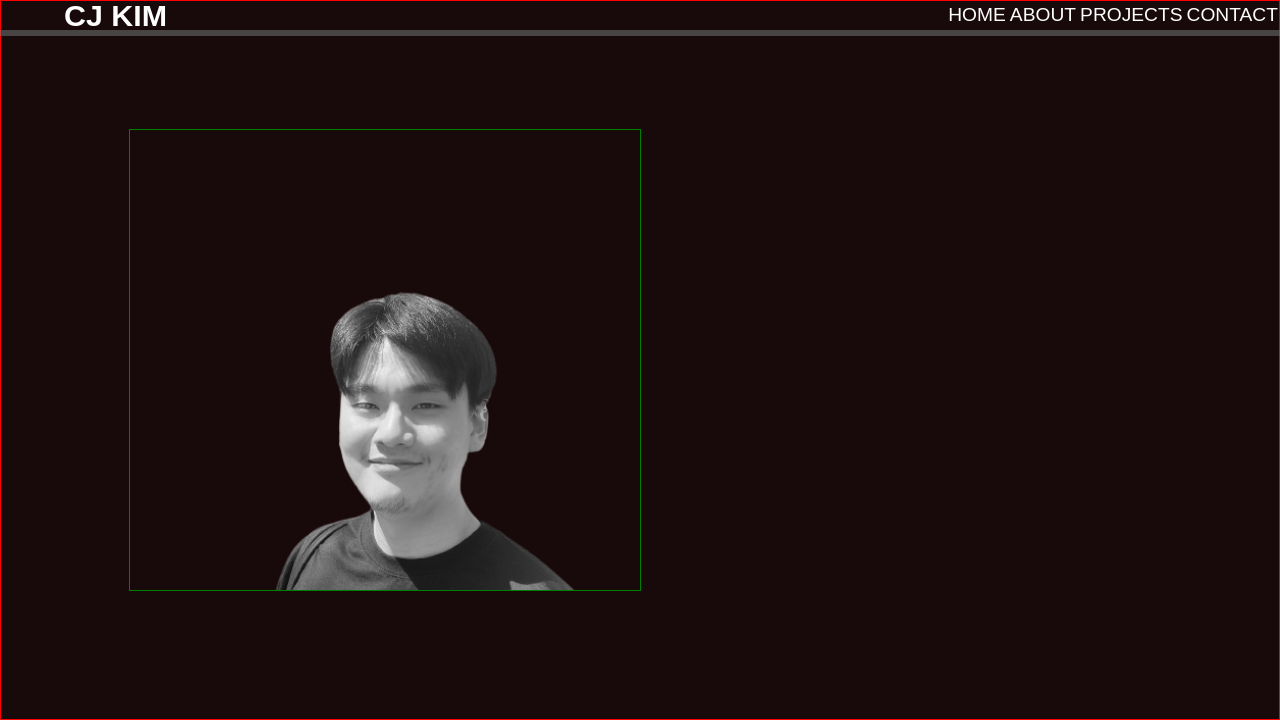
Repository: rlatlswo135/port
Page: /about
The author's editor kept a copy of each file at every save. The page is drawn from the files as they stood at one save, then again after the next save.
The browser window is 1280 px wide. The pictures show the whole page.
The project was rebuilt for these pictures with package versions that can differ from the ones it lists, and the page was loaded fresh each time. Also part of the build but not shown: src/App.css, src/Pages/Start.jsx, src/Pages/Home.jsx, src/Pages/Contact.jsx, src/Components/Project.jsx, src/Pages/Port.jsx, src/Components/ProjectDetail.jsx.

Above is the page before, as saved 2022-04-07 03:20:04.

### src/index.js
import React from 'react';
import ReactDOM from 'react-dom';
import {createRoot} from 'react-dom/client'
import './index.css';
import App from './App';
import reportWebVitals from './reportWebVitals';

const container = document.getElementById('root')
const root = createRoot(container)

root.render(
  <React.StrictMode>
    <App />
  </React.StrictMode>,
);

// If you want to start measuring performance in your app, pass a function
// to log results (for example: reportWebVitals(console.log))
// or send to an analytics endpoint. Learn more: https://bit.ly/CRA-vitals
reportWebVitals();

### src/App.js
import './App.css';
import {createGlobalStyle} from 'styled-components'
import {BrowserRouter,Route,Routes} from 'react-router-dom'
import Start from './Pages/Start'
import Home from './Pages/Home'
import Contact from './Pages/Contact'
import Port from './Pages/Port'
import About from './Pages/About'
import ProjectDetail from './Components/ProjectDetail'
import {data} from './data'
const GlobalStyle = createGlobalStyle`
@import url('https://fonts.googleapis.com/css2?family=Source+Sans+Pro&display=swap');
  body{
    background-color:#180A0A;
    margin:0px;
    color:#F7F5F2;
    font-family: 'Source Sans Pro', sans-serif;
    transform: translate(0.02deg);
  }
  a{
    text-decoration: none;
    color:white;
  }
  div{
    margin: 0px;
    box-sizing: border-box;
  }
`
function App() {

  return (
    <>
      <GlobalStyle />
      <BrowserRouter>
        <Routes>
          <Route path='/' element={<Start/>} />
          <Route path='/home' element={<Home/>} />
          <Route path='/port' element={<Port/>} />
          <Route path='/port/:project' element={<ProjectDetail />} />
          <Route path='/contact' element={<Contact />} />
          <Route path='/about' element={<About />} />
        </Routes>
      </BrowserRouter>
    </>
  );
}

export default App;

### src/Pages/About.jsx
import React from 'react';
import Nav from '../Components/Nav'
import styled from 'styled-components'
import profile from '../profile1.png'
import profile2 from '../profile.png'
import profile3 from '../profile3.png'
import profile4 from '../profile4.png'

const Container = styled.div`
    height:100vh;
    max-height:100vh;
`
const AboutBox = styled.div`
    height:100%;
    display:flex;
    border:1px solid red;
    padding:10%;
`
const Img = styled.div`
    border:1px solid green;
    background-image: url(${profile3});
    background-size: cover;
    flex:1;
`
const Text = styled.div`
    flex:1;
`
const About = () => {
    return (
        <Container>
            <Nav />
            <AboutBox>
                <Img></Img>
                <Text></Text>
            </AboutBox>
        </Container>
    );
};

export default About;

### src/data.js
import ohJeju from './slideImg/ohJeju.png'
import umMarket from './slideImg/umMarket.png'
import coinTracker from './slideImg/coinTracker.png'

export const data = {
    2022:[
        {
            title:'Um-Market',
            content:`Redux이용, '재고관리'가 목적인 간단한 쇼핑몰`,
            img:umMarket,
            month:2,
            git:'https://github.com/rlatlswo135/UmMarket',
            type:'Solo',
            url:"https://rlatlswo135.github.io/"
        },
        {
            title:'Coin-Trackker',
            content:`API이용 간단한 Coin 시세 Tracker`,
            img:coinTracker,
            month:4,
            git:'https://github.com/rlatlswo135/coin-track',
            type:'Solo',
            url:"https://rlatlswo135.github.io/coin-track/"
        }
    ],
    2021:[
        {
            title:'Oh!-Jeju!',
            content:`socketIO를 이용, 채팅기능을 넣은 제주도 여행 플래너`,
            img:ohJeju,
            month:10,
            git:'https://github.com/codestates/Ohjeju',
            type:'Team',
            url:"https://oh-jeju.link/",
            notion:'https://www.notion.so/Ohjeju-ec1b7746c5eb4a14a219a184fd2427be'
        }
    ]
}

### src/Components/Nav.jsx
import React from 'react';
import styled from 'styled-components'
import {Link} from 'react-router-dom'

const Container = styled.div`
    display:flex;
    justify-content: space-between;
    align-items: center;
    height:5%;
    border-bottom: 6px solid rgba(121,127,127,0.5);
    width:100%;
    position: fixed;
    z-index:100;
`
const NavLeft = styled.div`
    font-size:1.9em;
    padding-left:5%;
    font-weight: 900;
`
const NavRight = styled.div`
    flex:0.3;
    display:flex;
    justify-content: space-around;
    font-size:1.2em;
    font-weight: 500;
`
const NavContent = styled.div`

`

const Nav = () => {
    return (
        <Container>
            <NavLeft>
                <Link to="/">
                    CJ KIM
                </Link>
            </NavLeft>
            <NavRight>
                <Link to='/home'>
                    <NavContent>HOME</NavContent>
                </Link>
                <Link to="/about">
                    <NavContent>ABOUT</NavContent>
                </Link>
                <Link to="/port">
                    <NavContent>PROJECTS</NavContent>
                </Link>
                <Link to="/contact">
                    <NavContent>CONTACT</NavContent>
                </Link>
            </NavRight>
        </Container>
    );
};

export default Nav;

Loaded but not shown: public/index.html (common file); src/index.css (common file); src/reportWebVitals.js (common file)

After the next save:
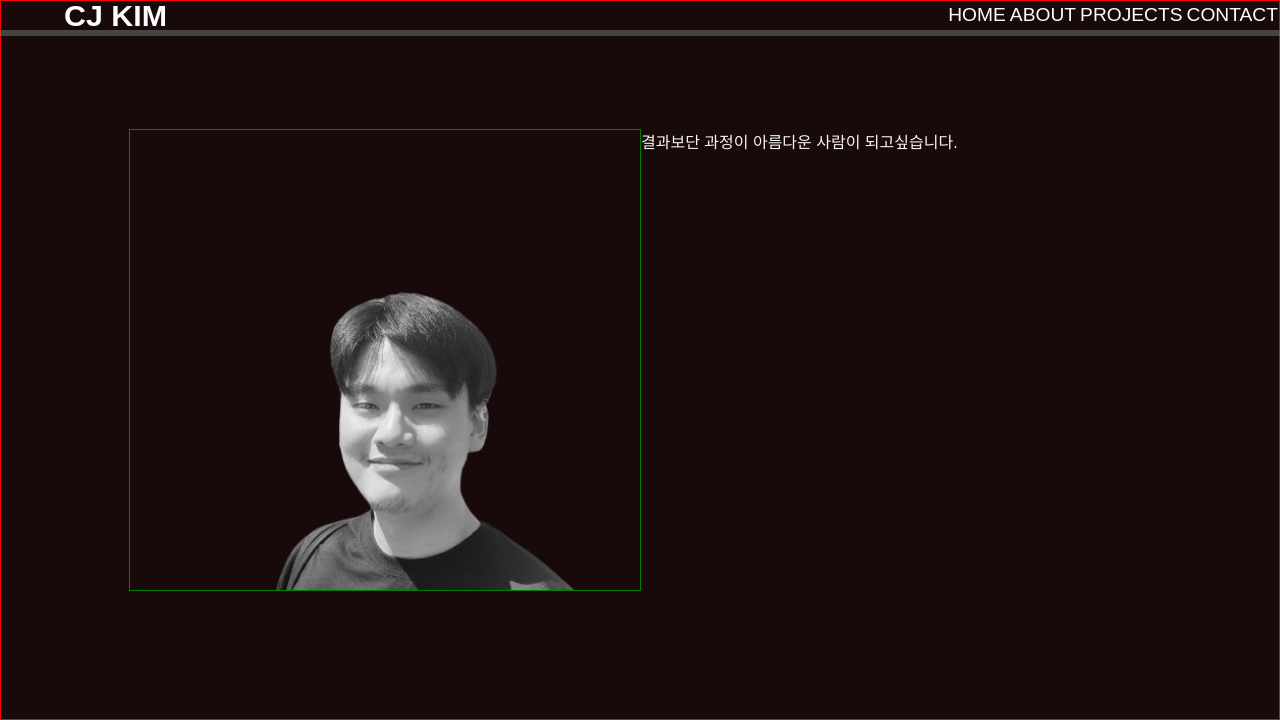
Saved 46 s later.
--- a/src/Pages/About.jsx
+++ b/src/Pages/About.jsx
@@ -31,7 +31,9 @@ const About = () => {
             <Nav />
             <AboutBox>
                 <Img></Img>
-                <Text></Text>
+                <Text>
+                    결과보단 과정이 아름다운 사람이 되고싶습니다.
+                </Text>
             </AboutBox>
         </Container>
     );
